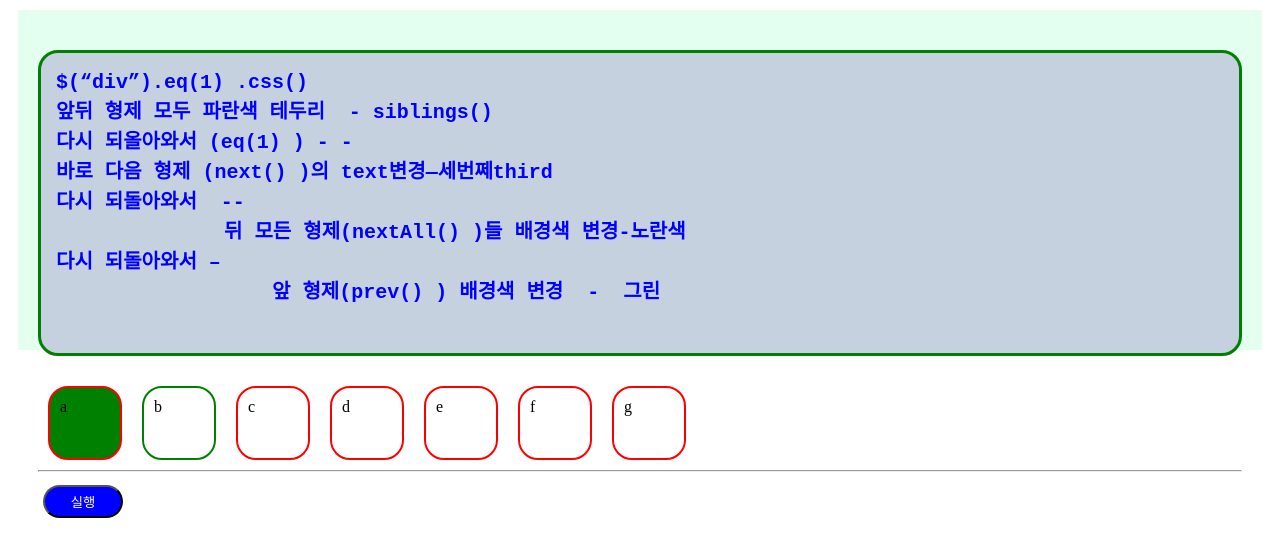
Repository: ypyp0205/jquery
Page: jqpro/WebContent/0214/sivlings_end.html
These files come from the project's save history. The page is drawn as it stood at one moment and after the next save; the edit follows.
The browser window is 1280 px wide. The pictures show the whole page.
After loading, the first visible `#btn1` was clicked once.

Above is the page before, as saved 2020-02-14 01:33:32.

### jqpro/WebContent/0214/sivlings_end.html
<!DOCTYPE html>
<html>
<head>
<meta charset="UTF-8">
<title>Insert title here</title>
<link rel="stylesheet" href="../CSS/mystyle.css">
<script src="../js/jquery-3.4.1.min.js" type="text/javascript"></script>

<script type="text/javascript">
	$(function(){

		$('#btn1').click(function(){
		/* $('.box div').siblings('div').css('border', '2px solid red')
									 .css('background', 'yellow');
		$('.box div').eq(1).css('border', '2px solid green')
						   .eq(2).next().css('background', 'yellow');

		$('.box div').eq(0).css('background', 'green'); */

			$('.box div').siblings('div').css('border', '2px solid red')
			 		.end().eq(1).css('border', '2px solid green')

			       .end().eq(0).css('background', 'green')
			 		.eq(1).nextAll().css('background', 'yellow')




		})



	})
</script>
<style type="text/css">

.box{
	height: 300px;
}

.box div {
	width: 50px;
	height: 50px;
	border: 2px solid blue;
	float: left;
}
hr {
	clear: both;
}
</style>
</head>
<body>

	<div class="box">

		<h2></h2>

		<pre>
$(“div”).eq(1) .css()
앞뒤 형제 모두 파란색 테두리  - siblings()
다시 되올아와서 (eq(1) ) - -
바로 다음 형제 (next() )의 text변경—세번쩨third
다시 되돌아와서  --
              뒤 모든 형제(nextAll() )들 배경색 변경-노란색
다시 되돌아와서 –
                  앞 형제(prev() ) 배경색 변경  -  그린
		</pre>



		<div>a</div>
		<div>b</div>
		<div>c</div>
		<div>d</div>
		<div>e</div>
		<div class="orange">f</div>
		<div>g</div>


		<hr>
		<button type="button" id="btn1">실행</button>




	</div>
</body>
</html>

### jqpro/WebContent/CSS/mystyle.css
@CHARSET "UTF-8";

pre {
	height: auto;
	background: #efffef;
	border: 3px solid green;
	font-size: 20px;
	padding: 10px;
	border-radius: 20px;
}

.box {
	background: #e3ffef;
	margin: 10px;
	height: auto;
	padding: 20px;
}

.box div {
	border: 3px dotted green;
	height: auto;
	margin: 10px;
	padding: 10px;
	border-radius: 20px;
}

.box button {
	color: white;
	background: blue;
	padding: 5px;
	margin: 5px;
	width: 80px;
	border-radius: 40px;
}

.box pre {
	padding: 15px;
	color: blue;
	background: rgb(197, 209, 222);
	line-height: 1.5em;
	font-weight: bold;
	}

Loaded but not shown: jqpro/WebContent/js/jquery-3.4.1.min.js (library)

After the next save:
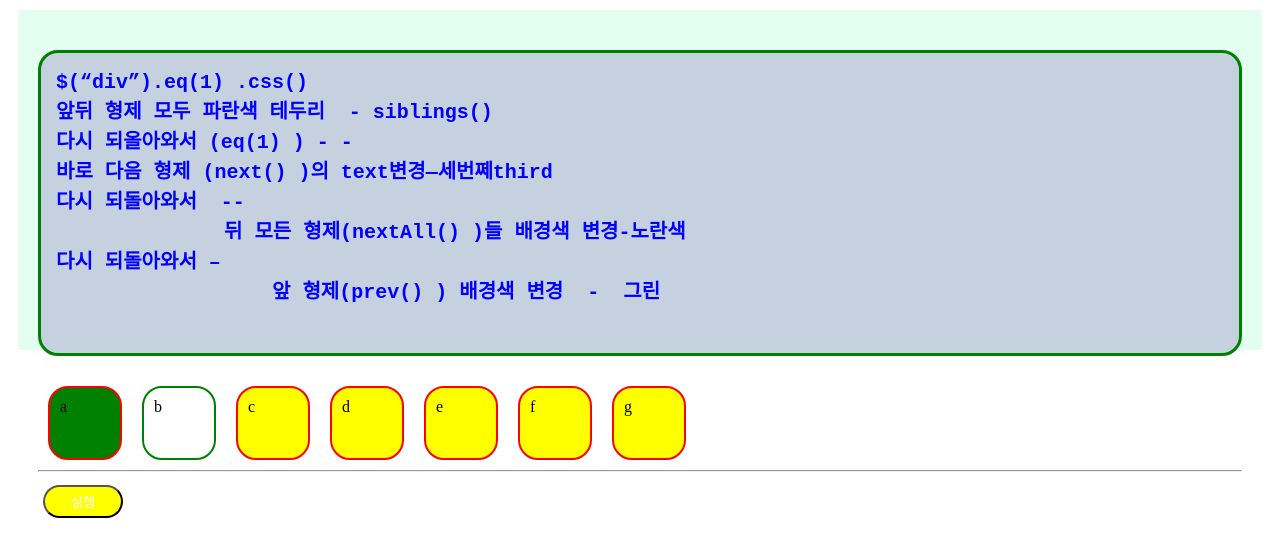
Saved 21 s later.
--- a/jqpro/WebContent/0214/sivlings_end.html
+++ b/jqpro/WebContent/0214/sivlings_end.html
@@ -19,9 +19,9 @@
 
 			$('.box div').siblings('div').css('border', '2px solid red')
 			 		.end().eq(1).css('border', '2px solid green')
+			        .end().eq(0).css('background', 'green')
 
-			       .end().eq(0).css('background', 'green')
-			 		.eq(1).nextAll().css('background', 'yellow')
+			 		.end().eq(1).nextAll().css('background', 'yellow')
 
 
 
